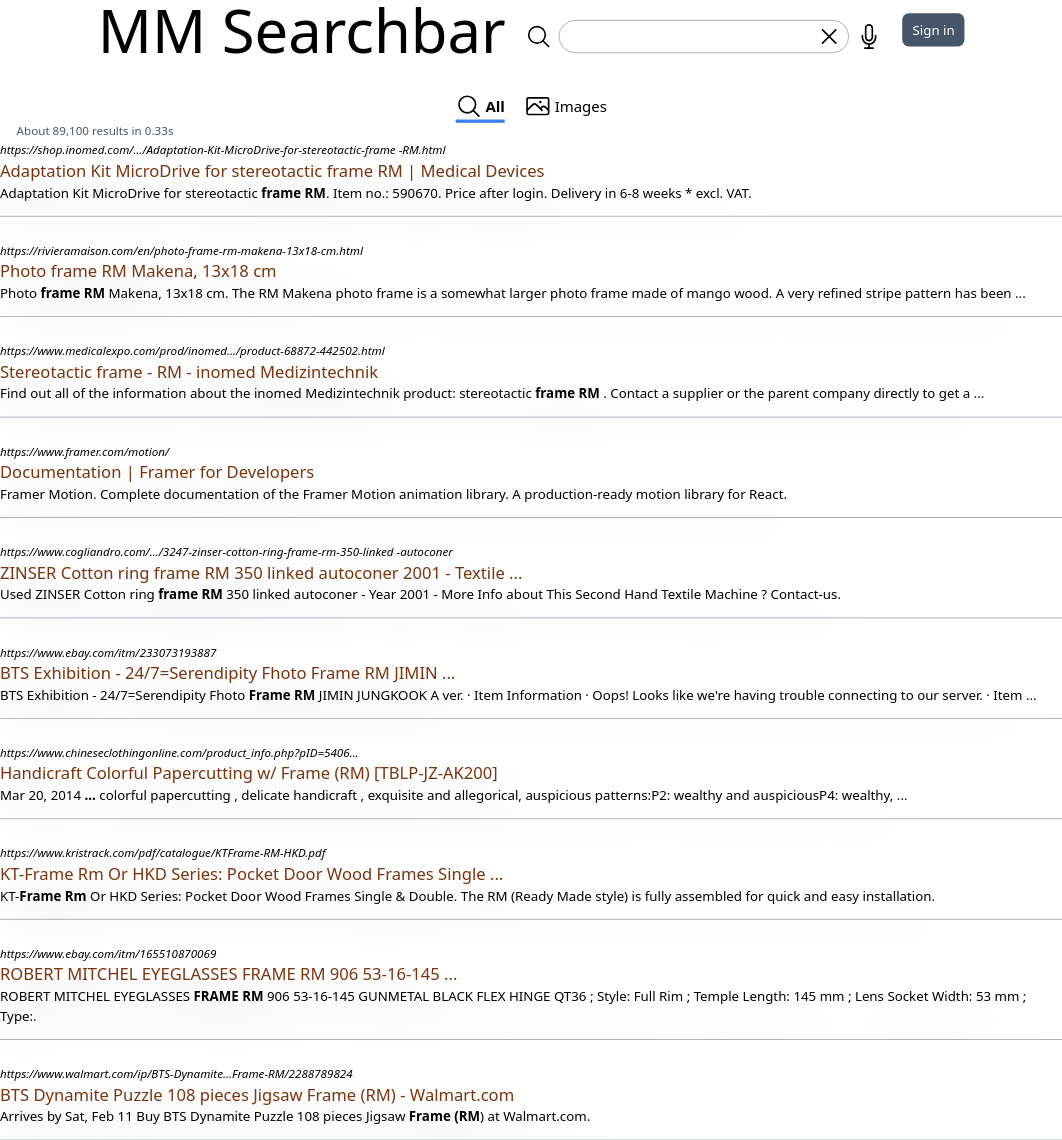
Repository: michalmilek/minigoogle
Page: /search
The author's editor kept a copy of each file at every save. The page is drawn from the files as they stood at one save, then again after the next save.
The browser window is 1280 px wide. The pictures show the whole page, at 83% of full size.
The page's requests for data from a server got no answer. The project was rebuilt for these pictures with package versions that can differ from the ones it lists, and the page was loaded fresh each time. The framework's server and built-in components were replaced by stand-ins that run in the browser. No one was signed in, and anything a server would have sent is missing. Also part of the build but not shown: next.config.js, Response.ts.

Above is the page before, as saved 2023-02-14 02:02:37.

### pages/_app.tsx
import '@/styles/globals.css'
import type { AppProps } from 'next/app'
import { SessionProvider } from "next-auth/react";

export default function App({ Component, pageProps }: AppProps) {
  return (
    <SessionProvider
      // Provider options are not required but can be useful in situations where
      // you have a short session maxAge time. Shown here with default values.
      session={pageProps.session}>
      <Component {...pageProps} />
    </SessionProvider>
  );
}

### pages/search.tsx
import SearchHeader from "@/components/SearchHeader";
import Head from "next/head";
import React from "react";
import SearchOptions from "@/components/SearchOptions";
import { GetServerSideProps } from "next";
import Response from "@/Response";
import SearchResults from "@/components/SearchResults";
import { useRouter } from "next/router";

const search = ({ results }: any) => {
  console.log(results);
  const router = useRouter();
  return (
    <div className="flex flex-col">
      <Head>
        <title>Search page</title>
        <meta
          name="description"
          content="Generated by create next app"
        />
        <meta
          name="viewport"
          content="width=device-width, initial-scale=1"
        />
        <link
          rel="icon"
          href="/favicon.ico"
        />
      </Head>

      <SearchHeader />
      <SearchOptions />
      <SearchResults results={results} />
    </div>
  );
};

export default search;

export async function getServerSideProps(ctx: any) {
  const mockData = true;
  const data = mockData
    ? Response
    : await fetch(
        `https://www.googleapis.com/customsearch/v1?key=${
          process.env.NEXT_PUBLIC_GOOGLE_API_KEY
        }&cx=${process.env.NEXT_PUBLIC_CONTEXT_KEY}&q=${ctx.query.term}${
          ctx.query.searchType === "image" ? "&searchType=image" : ""
        }`
      ).then((response) => response.json());

  return {
    props: {
      results: data,
    },
  };
}

### components/SearchHeader.tsx
import React, { FormEvent, useRef } from "react";
import {
  MagnifyingGlassIcon,
  MicrophoneIcon,
  XMarkIcon,
} from "@heroicons/react/24/outline";
import { useRouter } from "next/router";
import User from "./User";

const SearchHeader = () => {
  const router = useRouter();
  const inputSearchRef = useRef<HTMLInputElement>(null);

  const clearInput = () => {
    inputSearchRef.current!.value = "";
  };

  const search = (e: FormEvent) => {
    e.preventDefault();
    const term = inputSearchRef.current?.value;
    if (!term?.trim()) return;
    router.push(`/search?term=${term.trim()}&searchType=`);
  };

  return (
    <header className="sticky top-0 left-0 bg-white flex flex-row py-auto items-center justify-center gap-6 px-2 md:px-0">
      <h1 className="text-3xl lg:text-7xl">MM Searchbar</h1>
      <form
        onSubmit={search}
        className="flex items-center justify-center mt-4">
        <div className="flex flex-grow flex-shrink gap-2 items-center justify-center">
          <button type="submit">
            <MagnifyingGlassIcon className="h-8 cursor-pointer" />
          </button>
          <div className="relative flex justify-center items-center w-[90%] md:w-[350px]">
            <input
              type="text"
              defaultValue={router.query.term}
              ref={inputSearchRef}
              className="border transition-all outline-none ring-0 focus:drop-shadow-2xl  text-base w-[100%] h-[100%] px-4 py-2 border-gray-400 rounded-full"
            />
            <XMarkIcon
              onClick={() => clearInput()}
              className="cursor-pointer h-8 absolute top-[50%] right-2 translate-y-[-50%]"
            />
          </div>
          <MicrophoneIcon className="h-8 cursor-pointer" />
        </div>
      </form>
      <User />
    </header>
  );
};

export default SearchHeader;

### components/SearchOptions.tsx
import React, { useState } from "react";
import SearchOption from "./SearchOption";
import { MagnifyingGlassIcon, PhotoIcon } from "@heroicons/react/24/outline";
import { useRouter } from "next/router";

const SearchOptions = () => {
  const router = useRouter();
  const [selected, setSelected] = useState("All");
  return (
    <div className="flex gap-6 select-none w-full justify-center mt-10">
      <SearchOption
        title="All"
        Icon={MagnifyingGlassIcon}
        selected={selected}
        setSelected={setSelected}
      />
      <SearchOption
        title="Images"
        Icon={PhotoIcon}
        selected={selected}
        setSelected={setSelected}
      />
    </div>
  );
};

export default SearchOptions;

### components/SearchResults.tsx
import React from "react";
import Parser from "html-react-parser";

const SearchResults = ({ results }: any) => {
  return (
    <div className="w-screen">
      <p className="text-gray-600 text-sm pl-5">
        About {results.searchInformation.formattedTotalResults} results in{" "}
        {results.searchInformation.formattedSearchTime}s
      </p>
      <div className="flex flex-col gap-7">
        {results.items.map((result): any => (
          <div
            key={result.link}
            className="border-b pb-4 border-gray-400 drop-shadow-2xl shadow-black">
            <div className="group">
              <a
                className="truncate text-sm italic"
                href={result.link}>
                {result.formattedUrl}
              </a>
              <a href={result.link}>
                <h2 className="group-hover:underline truncate text-xl font-medium text-amber-900 decoration-amber-900">
                  {result.title}
                </h2>
              </a>
            </div>
            <p>{Parser(result.htmlSnippet)}</p>
          </div>
        ))}
      </div>
    </div>
  );
};

export default SearchResults;

### components/User.tsx
import React from "react";
import { useSession, signIn, signOut } from "next-auth/react";

const User = () => {
  const { data: session } = useSession();
  return (
    <>
      {session ? (
        <img
          onClick={() => signOut()}
          src={session.user?.image!}
          alt={session.user?.name!}
          className="h-[50px] w-[50px] object-cover rounded-full"
        />
      ) : (
        <button
          className="bg-slate-600 text-white px-3 py-2 rounded-lg"
          onClick={() => signIn()}>
          Sign in
        </button>
      )}
    </>
  );
};

export default User;

### components/SearchOption.tsx
import { type } from "os";
import React, {
  Dispatch,
  ForwardRefExoticComponent,
  SetStateAction,
  SVGProps,
  useRef,
} from "react";
import { MagnifyingGlassIcon, PhotoIcon } from "@heroicons/react/24/outline";
import { useRouter } from "next/router";

type props = {
  title: string;
  Icon: React.ForwardRefExoticComponent<
    React.SVGProps<SVGSVGElement> & {
      title?: string | undefined;
      titleId?: string | undefined;
    }
  >;
  selected: string;
  setSelected: Dispatch<SetStateAction<string>>;
};

const SearchOption = ({ title, Icon, selected, setSelected }: props) => {
  const router = useRouter();
  const divRef = useRef<HTMLDivElement>(null);

  const selectTab = (title: any) => {
    if (title === "All") {
      setSelected("All");
      router.push(`/search?term=${router.query.term}&type=all`);
    }
    if (title === "Images") {
      router.push(`/search?term=${router.query.term}&type=image`);
      setSelected("Images");
    }
  };
  return (
    <div
      onClick={() => selectTab(title)}
      ref={divRef}
      className={`flex flex-col md:flex-row ${
        selected === title
          ? "border-b-blue-500 font-bold"
          : "border-b-transparent"
      } transition-all border-b-4 md:gap-1 items-center justify-center`}>
      <Icon className="h-5 md:h-8" />
      <p className="md:text-lg">{title}</p>
    </div>
  );
};

export default SearchOption;

Loaded but not shown: pages/_document.tsx (common file); styles/globals.css (common file); tailwind.config.js (common file)

After the next save:
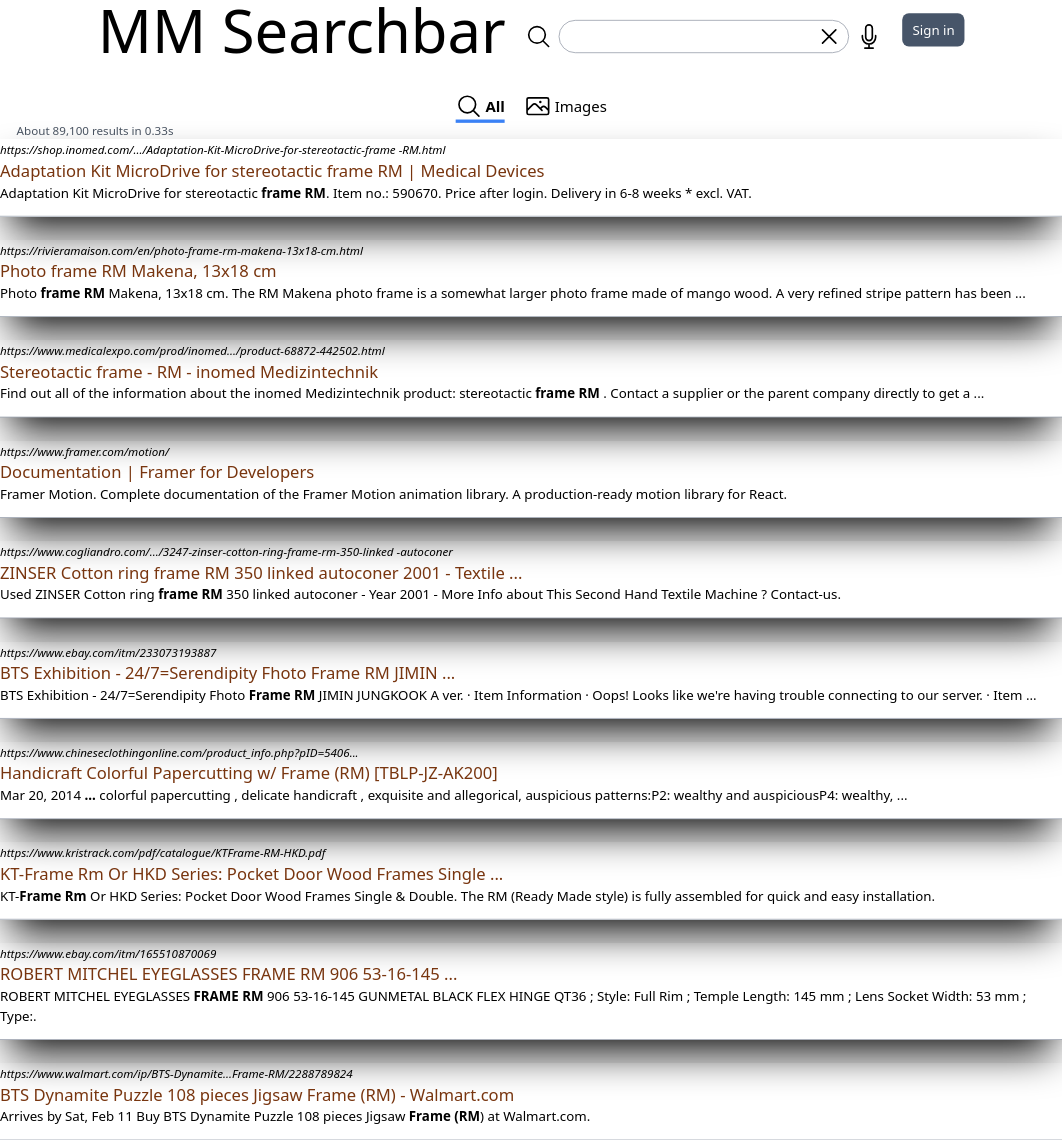
Saved 4 s later.
--- a/components/SearchResults.tsx
+++ b/components/SearchResults.tsx
@@ -12,7 +12,7 @@
         {results.items.map((result): any => (
           <div
             key={result.link}
-            className="border-b pb-4 border-gray-400 drop-shadow-2xl shadow-black">
+            className="border-b pb-4 border-gray-400 shadow-2xl shadow-black">
             <div className="group">
               <a
                 className="truncate text-sm italic"
